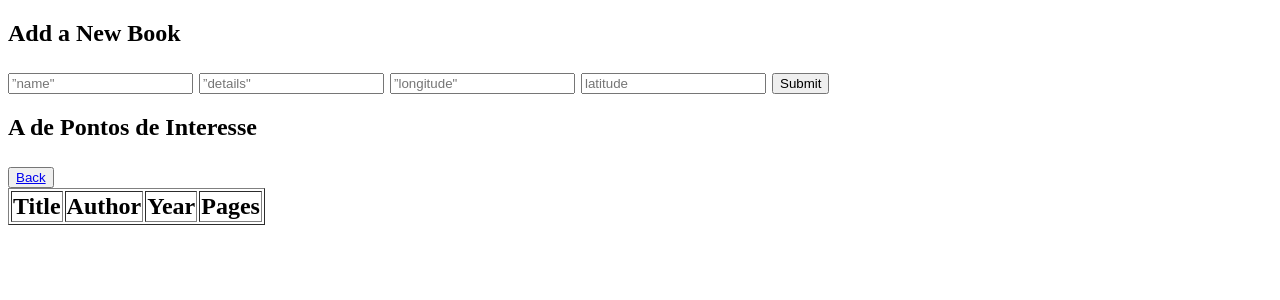
Repository: renanbotasse/library
Page: http://localhost/dashboard
These files come from the project's save history. The page is drawn as it stood at one moment and after a run of saves; the edit follows.
The browser window is 1280 px wide. The pictures show the whole page.
The page is served by the project's Node server (app.js). Other server files are loaded and not shown. Queries for data that is not in the repository find no rows.

Above is the page before, as saved 2023-09-05 14:15:50.

### views/createBook.ejs
<!DOCTYPE html>
<html lang="en">
<head>
  <meta charset="UTF-8">
  <title>My Library</title>
</head>
<body>
	<h2>Add a New Book<h2>
		<%# "/api/interest"-> rota de criação de novo registo %>
		<form action=”/api/interest” method=”POST”>
		  <input type=”text” placeholder=”name" name=”name">
		  <input type=”text” placeholder=”details" name=”details">
		  <input type=”text” placeholder=”longitude" name=”lng">
		  <input type="text" placeholder="latitude" name="lat">
		  <button type=”submit”>Submit</button>
		</form>
  <h2>A de Pontos de Interesse<h2>
  <table border="1">
    <thead>
      <tr>
        <td>Title</td>
        <td>Author</td>
        <td>Year</td>
		<td>Pages</td>
      </tr>
    </thead>
    <tbody>
      <% books.forEach(function(data) { %>
        <tr>
          <td><%= data.title %></td>
          <td><%= data.author %></td>
          <td><%= data.year %></td>
		  <td><%= data.pages %></td>
        </tr>
     <% }) %>
   </tbody>
   <button><a href="/">Back</a></button>
</body>
</html>

### app.js
//link express
const express = require("express");
const dotenv = require("dotenv");
const mongoose = require("mongoose");

// Config .env file
dotenv.config();

//start express
const app = express();

// Config ejs (view engine)
app.set('view engine', 'ejs');

// Create client static files (/public/assets)
app.use(express.static('public'));

//MongoDB connection
let mongoDB = 'mongodb+srv://' + process.env.DB_USER + ':' + process.env.DB_PASS + '@cluster0.7796qkc.mongodb.net/?retryWrites=true&w=majority';
mongoose.connect(mongoDB);

//MongoDB connection Confirmation
mongoose.connection.on('connected', () => {
	console.log('Connected to MongoDB');
});

//MongoDB connection Error
mongoose.connection.on('error', (err) => {
    console.log('Database Error' + err);
});

let db = mongoose.connection;
db.on('error', console.error.bind(console, 'connection error:'));

//valid end point - start with /library
const routes = require('./routes/libraryRoute');
app.use('/', routes);

//MIDDLEWARE START----------------------------------------------------------------
//active json parser
app.use(express.json());
app.use(express.urlencoded({ extended: true }));


//bad end point
app.get('/', function(req, res) {
  res.render("createBook");
});

//error handler for middleware
app.use(function(err, req, res, next) {
	console.log(err);
	//Change the status (res.status(422)
	res.status(422).send({error: err.message});
});

//MIDDLEWARE END-------------------------------------------------------------------

// Route Root
app.get('/dashboard', function(req, res) {
  res.render("createBook");
});

//create server port
let port = 8000;

//start server
app.listen(process.env.PORT || port, () => {
  console.log('Server running on port' + port);
});

### controllers/libraryController.js
// import bookModel from libraryModel
const Book = require('../models/libraryModel');

exports.test = function (req, res) {
	res.render('libraryTest');
};

//GET - List all books
exports.all = function (req, res, next) {
	//find() call all the books in the DB and res.send(book) send all books back
	Book.find()
	.then(function(book){
		res.render('createBook', {books: book});
	})
	.catch(next);
};

//GET - Get one book by various criteria
exports.oneBook = function (req, res, next) {
	// The empty query object
	let query = {};

	// Array of valid query parameters
	const validParams = ['id', 'title', 'author', 'year', 'pages'];

	// Valid query parameters
	validParams.forEach(param => {
	  if (req.query[param]) {
		query[param] = req.query[param];
	  }
	});

	//Use the query to find the book
	Book.find(query)
	  .then(function (book) {
		if (!book) {
		  res.status(404).json({ error: 'Book not found' });
		} else {
		  res.status(200).json(book);
		}
	  })
	  .catch(next);
  };

//POST - Create a book
exports.create = function (req, res, next) {
	//create a new book on the DB and return it
	const newBook = new Book(req.body);
	newBook
	.save()
	.then(function (book) {
		res.status(201).send(book);
	})
	.catch(next);
};

//PUT - Update a book
exports.update = function (req, res, next) {
	//Find by ID and use the req.body to update
	Book.findByIdAndUpdate({_id: req.params.id}, req.body)
	//Find the book by ID again and return the book updated
	.then(function(){
		Book.findOne({_id: req.params.id})
		.then(function(book){
			res.send(book);
		});
	})
	.catch(next);
};

//DELETE - Delete a book
exports.delete = function (req, res, next) {
	//'_id' = id inside DB || 'req.params.id'= return ID
	// You can use the model Book (mongoose) to delete, don't need to create a newBook
	// The findByIdAndRemove works with mongoose
	Book.findByIdAndRemove({_id: req.params.id})
	.then(function(book){
		res.send(book);
	})
	.catch(next);
	};

After the next 2 saves:
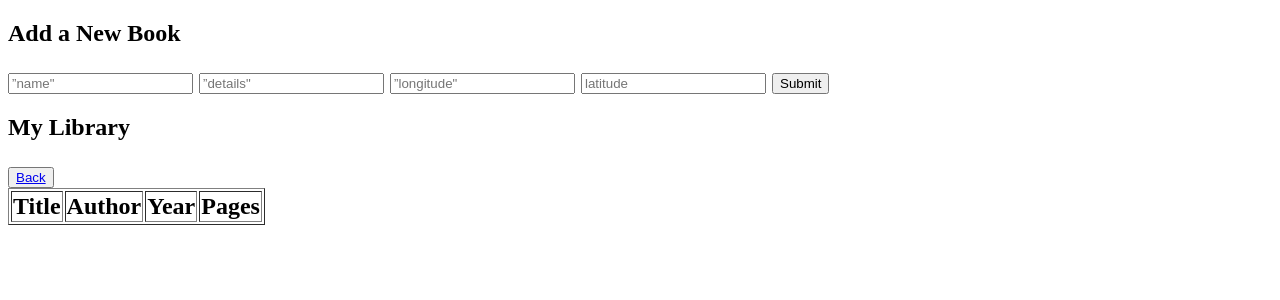
The 2 saves are shown as one change because they came seconds apart.
The last was saved 6 s later.
--- a/views/createBook.ejs
+++ b/views/createBook.ejs
@@ -14,7 +14,7 @@
 		  <input type="text" placeholder="latitude" name="lat">
 		  <button type=”submit”>Submit</button>
 		</form>
-  <h2>A de Pontos de Interesse<h2>
+  <h2>My Library<h2>
   <table border="1">
     <thead>
       <tr>
